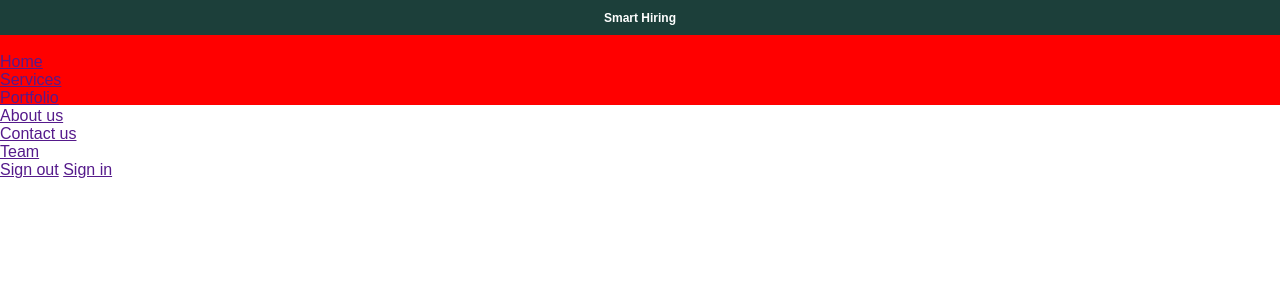
Repository: arijkl/Projet-PFA
Page: HomePage.html
These files come from the project's save history. The page is drawn as it stood at one moment and after a run of saves; the edit follows.
The browser window is 1280 px wide. The pictures show the whole page.

Above is the page before, as saved 2024-04-21 17:16:41.

### HomePage.html
<!DOCTYPE html>
<html lang="en">
<head>
    <meta charset="UTF-8">
    <meta name="viewport" content="width=device-width, initial-scale=1.0">
    <title>Document</title>
    <link rel="stylesheet" href="HomePage.css">
</head>
<body>
    <nav class="beforeNav">
        <span>Smart Hiring</span>
    </nav>
  <nav class="navBar">
    <span class="Mainlogo"><img src="" alt=""></span>
    <ul>
        <li><a href="">Home</a></li>
        <li><a href="">Services</a></li>
        <li><a href="">Portfolio</a></li>
        <li><a href="">About us</a></li>
        <li><a href="">Contact us</a></li>
        <li><a href="">Team</a></li>

   </ul>
   <span>
    <a href="">Sign out</a>
    <a href="">Sign in</a>
   </span>
</nav>
</body>
</html>

### HomePage.css
*{
    margin:0px;
    padding:0px;
}
@font-face {
    font-family: 'Montserrat';
    src: url('https://fonts.googleapis.com/css2?family=Montserrat&display=swap');
    /* You can also host the font files locally and provide the path accordingly */
  }

  body{
    font-family: 'Montserrat', sans-serif;
    background:white;
    color:#1C3F3A;
  }
  .beforeNav{
    background-color:#1C3F3A;
    height: 35px;
    color:white;
    display: flex;
    justify-content: space-around;
    align-items: center;
    font-weight: 700;
    font-size: 12px;

  }
  .navBar{
    background-color:red;
    height:70px;
  }

After the next 2 saves:
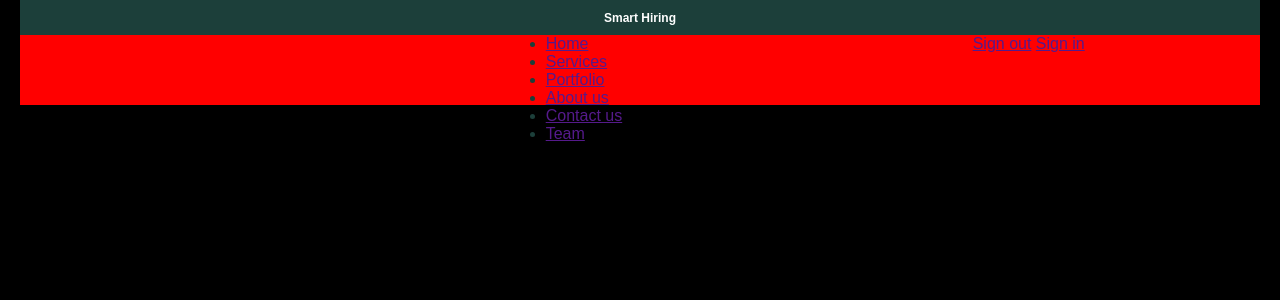
The 2 saves are shown as one change because they came seconds apart.
The last was saved 106 s later.
--- a/HomePage.css
+++ b/HomePage.css
@@ -12,6 +12,9 @@
     font-family: 'Montserrat', sans-serif;
     background:white;
     color:#1C3F3A;
+    background-color: black;
+    margin-left: 20px;
+    margin-right: 20px;
   }
   .beforeNav{
     background-color:#1C3F3A;
@@ -27,4 +30,7 @@
   .navBar{
     background-color:red;
     height:70px;
+    display:flex;
+    justify-content: space-around;
+
   }
